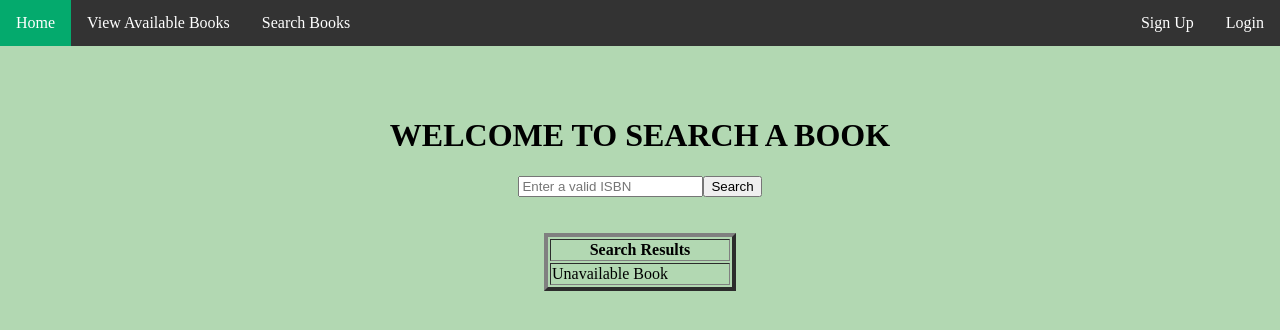
Repository: sach7691/online-book-store-application
Page: http://localhost/online-book-store-application/search_book.jsp
An editor plug-in stored every save of this project. The page is shown before and after the next save, followed by the edit.
The browser window is 1280 px wide. The pictures show the whole page.
The page is served by Tomcat 9. Nobody is signed in. The application's start-up code is not run.

Above is the page before, as saved 2022-08-17 15:00:39.

After the next save:
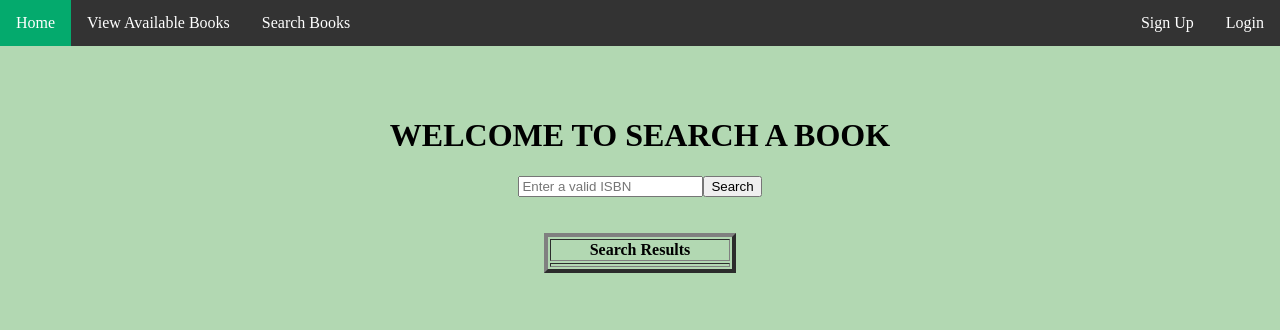
Saved 24 min 18 s later.
--- a/online-book-store-application/src/main/webapp/search_book.jsp
+++ b/online-book-store-application/src/main/webapp/search_book.jsp
@@ -78,7 +78,7 @@ String title =(String)session.getAttribute("bookTitle");
 //System.out.println(session.getAttribute("bookTitle"));
  if(title == null){
 
-	 title = "Unavailable Book";
+	 title = " ";
  }
 
 
